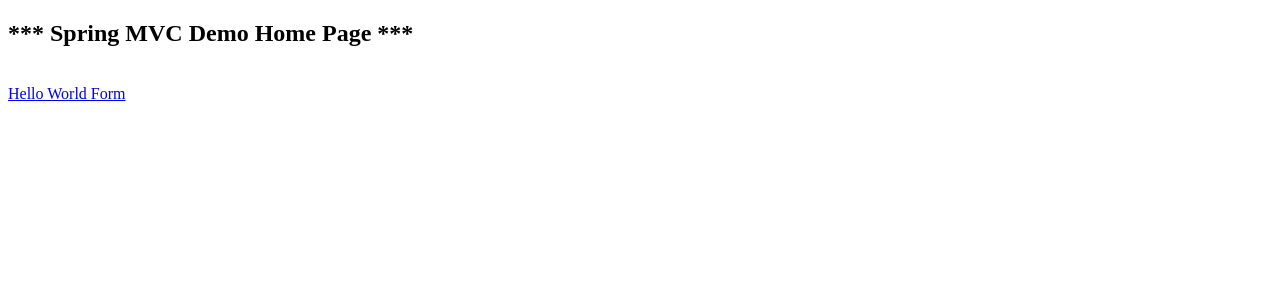
Repository: 51enra/udemy_sprint_course
Page: http://localhost/spring-mvc-demo/
These files come from the project's save history. The page is drawn as it stood at one moment and after the next save; the edit follows.
The browser window is 1280 px wide. The pictures show the whole page.
The page is served by Tomcat 9.

Above is the page before, as saved 2020-01-08 14:07:01.

After the next save:
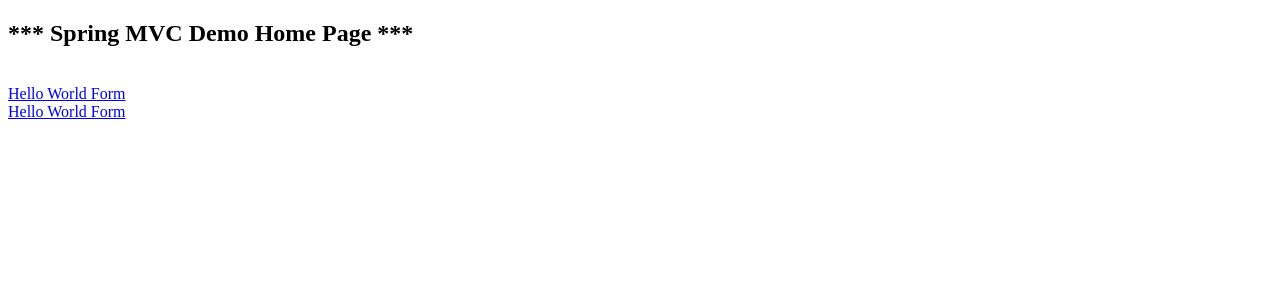
Saved 44 s later.
--- a/spring-mvc-demo/WebContent/WEB-INF/view/main-menu.jsp
+++ b/spring-mvc-demo/WebContent/WEB-INF/view/main-menu.jsp
@@ -6,7 +6,9 @@
 
     <h2>*** Spring MVC Demo Home Page ***</h2>
     <br>
-    <a href="showForm">Hello World Form</a>
+    <a href="hello/showForm">Hello World Form</a>
+    <br>
+    <a href="student/showForm">Hello World Form</a>
 </body>
 
 </html>
